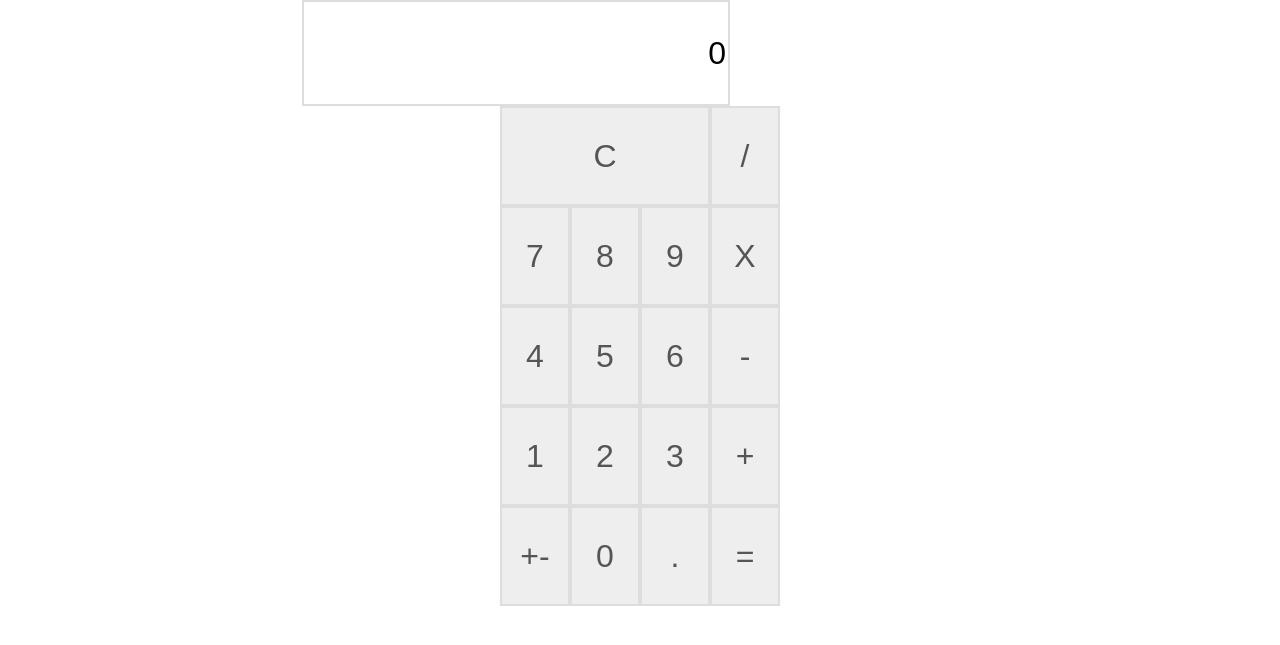
Repository: aaronmatei/react-calc
Page: /
The author's editor kept a copy of each file at every save. The page is drawn from the files as they stood at one save, then again after the next save.
The browser window is 1280 px wide. The pictures show the whole page.
The project was rebuilt for these pictures with package versions that can differ from the ones it lists, and the page was loaded fresh each time.

Above is the page before, as saved 2019-12-13 11:30:31.

### src/App.js
import React, { Component } from "react";
import Button from "./components/Button";
import "./App.css";
import "./css/styles.css";

class App extends Component {
	state = {
		current: "0",
		previous: [],
	};

	reset = () => {
		this.setState({ result: "0" });
	};
	addToCurrent = symbol => {
		if (["/", "-", "+", "X"].indexOf(symbol) > -1) {
			let { previous } = this.state;
			previous.push(this.state.current + symbol);
			this.setState({ previous });
		} else {
			this.setState({ current: this.state.current + symbol });
		}
	};

	render() {
		const buttons = [
			{ symbol: "C", cols: 3, action: this.reset },
			{ symbol: "/", cols: 1, action: this.addToCurrent },
			{ symbol: "7", cols: 1, action: this.addToCurrent },
			{ symbol: "8", cols: 1, action: this.addToCurrent },
			{ symbol: "9", cols: 1, action: this.addToCurrent },
			{ symbol: "X", cols: 1, action: this.addToCurrent },
			{ symbol: "4", cols: 1, action: this.addToCurrent },
			{ symbol: "5", cols: 1, action: this.addToCurrent },
			{ symbol: "6", cols: 1, action: this.addToCurrent },
			{ symbol: "-", cols: 1, action: this.addToCurrent },
			{ symbol: "1", cols: 1, action: this.addToCurrent },
			{ symbol: "2", cols: 1, action: this.addToCurrent },
			{ symbol: "3", cols: 1, action: this.addToCurrent },
			{ symbol: "+", cols: 1, action: this.addToCurrent },
			{ symbol: "+-", cols: 1, action: this.addToCurrent },
			{ symbol: "0", cols: 1, action: this.addToCurrent },
			{ symbol: ".", cols: 1, action: this.addToCurrent },
			{ symbol: "=", cols: 1, action: this.addToCurrent },
		];
		return (
			<div className='App'>
				{this.state.previous ? (
					<div className='floaty-last'>{this.state.previous[this.state.previous.length - 1]}</div>
				) : null}
				<input className='result' type='text' value={this.state.current} onChange={null} />

				{buttons.map((btn, idx) => {
					return (
						<Button key={idx} symbol={btn.symbol} cols={btn.cols} action={symbol => btn.action(symbol)} />
					);
				})}
			</div>
		);
	}
}

export default App;

### src/components/Button.jsx
import React, { Component } from "react";

class Button extends Component {
	render() {
		return (
			<div className={`column-${this.props.cols}`}>
				<button className='calc-button' onClick={() => this.props.action(this.props.symbol)}>
					{this.props.symbol}
				</button>
			</div>
		);
	}
}

export default Button;

### src/App.css
.App {
	text-align: center;
	align-items: center;
	padding-left: 500px;
	padding-right: 500px;
	margin-right: auto;
	margin-left: auto;
	width: auto;
}

### src/css/styles.css
.column-3 {
	width: 75%;
	float: left;
}
.column-2 {
	width: 50%;
	float: left;
}
.column-1 {
	width: 25%;
	float: left;
}
button.calc-button {
	width: 100%;
	height: 100px;
	border: 2px solid #ddd;
	background: #eee;
	font-size: 32px;
	color: #555;
}

input.result {
	height: 100px;
	width: auto;
	border: 2px solid #ddd;
	text-align: right;
	font-size: 32px;
	position: relative;
	max-width: 100vw;
	margin-right: 50px;
	float: right;
}
.floaty-last {
	position: absolute;
	right: 50px;
	z-index: 99;
	top: 10px;
	color: #aaa;
}

Loaded but not shown: src/index.js (common file); src/index.css (common file); src/serviceWorker.js (common file)

After the next save:
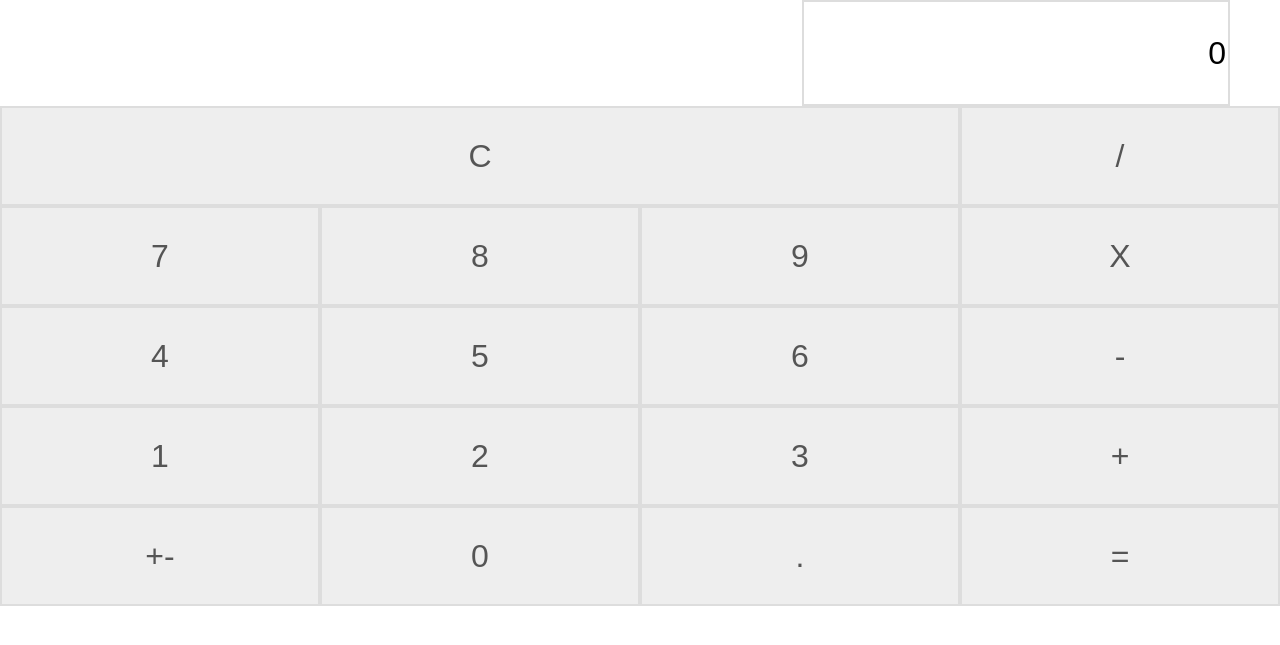
Saved 28 s later.
--- a/src/App.css
+++ b/src/App.css
@@ -1,4 +1,4 @@
-.App {
+/* .App {
 	text-align: center;
 	align-items: center;
 	padding-left: 500px;
@@ -6,4 +6,4 @@
 	margin-right: auto;
 	margin-left: auto;
 	width: auto;
-}
+} */
